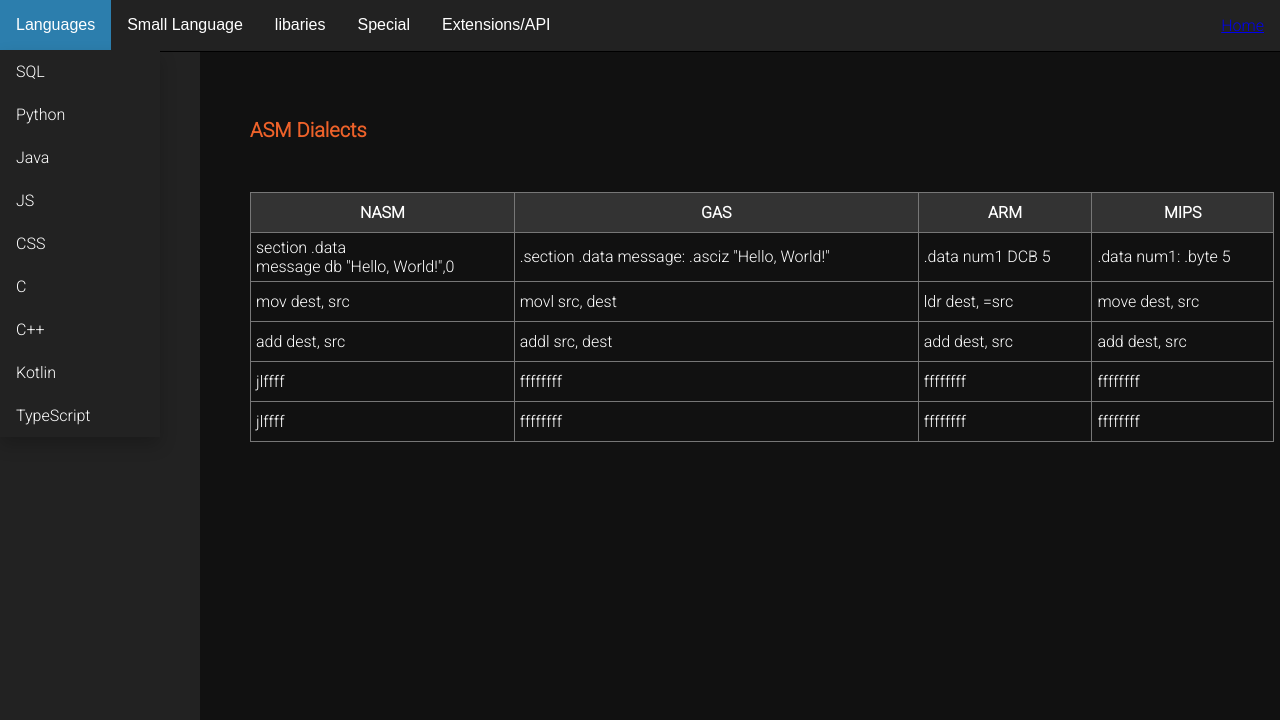
Repository: Max-Rohrhirsch/Max-Rohrhirsch.github.io
Page: documentation/special/OS/asm_dif.html
The author's editor kept a copy of each file at every save. The page is drawn from the files as they stood at one save, then again after the next save.
The browser window is 1280 px wide. The pictures show the whole page.

Above is the page before, as saved 2023-10-29 17:53:31.

### documentation/special/OS/asm_dif.html
<head>
    <link rel="preconnect" href="https://fonts.googleapis.com">
    <link rel="preconnect" href="https://fonts.gstatic.com" crossorigin>
    <link href="https://fonts.googleapis.com/css2?family=Roboto:wght@300&display=swap" rel="stylesheet">
    <link rel="stylesheet" href="https://cdnjs.cloudflare.com/ajax/libs/font-awesome/4.7.0/css/font-awesome.min.css">

    <link rel="icon" type="image/x-icon" href="..../Bilder/favicon.ico">

    <link href="/home/max/Schreibtisch/Finished/Portfolio/documentation/prism.css" rel="stylesheet" />

    <link rel="stylesheet" href="/home/max/Schreibtisch/Finished/Portfolio/documentation/docStyle.css">
</head>

<script src="/jquery.js"></script>
<div id="includeHeader"></div>
<!-- ------ SIDE NAVIGATION BAR ----- -->
<div class="sidenav">
    <a href="/documentation/special/OS/OS.html">OS</a>
    <a href="/documentation/special/OS/ASM.html">ASM</a>
</div>

<div class="main">
<h2>ASM Dialects</h2>
<table>
<tr>
    <th>NASM</th>
    <th>GAS</th>
    <th>ARM</th>
    <th>MIPS</th>
</tr>
<tr>
    <td>
section .data<br>
message db "Hello, World!",0
    </td>
    <td>
.section .data
message:
    .asciz "Hello, World!"
    </td>
    <td>
.data
    num1  DCB 5
    </td>
    <td>
.data
    num1:   .byte 5
    </td>
</tr>
<tr>
    <td>mov dest, src</td>
    <td>movl src, dest</td>
    <td>ldr dest, =src</td>
    <td>move dest, src</td>
</tr>
<tr>
    <td>add dest, src</td>
    <td>addl src, dest</td>
    <td>add dest, src</td>
    <td>add dest, src</td>
</tr>
<tr>
    <td>jlffff</td>
    <td>ffffffff</td>
    <td>ffffffff</td>
    <td>ffffffff</td>
</tr>
<tr>
    <td>jlffff</td>
    <td>ffffffff</td>
    <td>ffffffff</td>
    <td>ffffffff</td>
</tr>
</table>
</div>
<div id="includeFooter"></div>

### documentation/prism.css
/* PrismJS 1.29.0
https://prismjs.com/download.html#themes=prism-okaidia&languages=markup+css+clike+javascript+arduino+armasm+bash+brainfuck+c+cpp+cilkc+cilkcpp+go+java+latex+lua+python+rust+sql&plugins=line-numbers+show-language+toolbar+copy-to-clipboard+download-button */
code[class*=language-],pre[class*=language-]{color:#f8f8f2;background:0 0;text-shadow:0 1px rgba(0,0,0,.3);font-family:Consolas,Monaco,'Andale Mono','Ubuntu Mono',monospace;font-size:1em;text-align:left;white-space:pre;word-spacing:normal;word-break:normal;word-wrap:normal;line-height:1.5;-moz-tab-size:4;-o-tab-size:4;tab-size:4;-webkit-hyphens:none;-moz-hyphens:none;-ms-hyphens:none;hyphens:none}pre[class*=language-]{padding:1em;margin:.5em 0;overflow:auto;border-radius:.3em}:not(pre)>code[class*=language-],pre[class*=language-]{background:#272822}:not(pre)>code[class*=language-]{padding:.1em;border-radius:.3em;white-space:normal}.token.cdata,.token.comment,.token.doctype,.token.prolog{color:#8292a2}.token.punctuation{color:#f8f8f2}.token.namespace{opacity:.7}.token.constant,.token.deleted,.token.property,.token.symbol,.token.tag{color:#f92672}.token.boolean,.token.number{color:#ae81ff}.token.attr-name,.token.builtin,.token.char,.token.inserted,.token.selector,.token.string{color:#a6e22e}.language-css .token.string,.style .token.string,.token.entity,.token.operator,.token.url,.token.variable{color:#f8f8f2}.token.atrule,.token.attr-value,.token.class-name,.token.function{color:#e6db74}.token.keyword{color:#66d9ef}.token.important,.token.regex{color:#fd971f}.token.bold,.token.important{font-weight:700}.token.italic{font-style:italic}.token.entity{cursor:help}
pre[class*=language-].line-numbers{position:relative;padding-left:3.8em;counter-reset:linenumber}pre[class*=language-].line-numbers>code{position:relative;white-space:inherit}.line-numbers .line-numbers-rows{position:absolute;pointer-events:none;top:0;font-size:100%;left:-3.8em;width:3em;letter-spacing:-1px;border-right:1px solid #999;-webkit-user-select:none;-moz-user-select:none;-ms-user-select:none;user-select:none}.line-numbers-rows>span{display:block;counter-increment:linenumber}.line-numbers-rows>span:before{content:counter(linenumber);color:#999;display:block;padding-right:.8em;text-align:right}
div.code-toolbar{position:relative}div.code-toolbar>.toolbar{position:absolute;z-index:10;top:.3em;right:.2em;transition:opacity .3s ease-in-out;opacity:0}div.code-toolbar:hover>.toolbar{opacity:1}div.code-toolbar:focus-within>.toolbar{opacity:1}div.code-toolbar>.toolbar>.toolbar-item{display:inline-block}div.code-toolbar>.toolbar>.toolbar-item>a{cursor:pointer}div.code-toolbar>.toolbar>.toolbar-item>button{background:0 0;border:0;color:inherit;font:inherit;line-height:normal;overflow:visible;padding:0;-webkit-user-select:none;-moz-user-select:none;-ms-user-select:none}div.code-toolbar>.toolbar>.toolbar-item>a,div.code-toolbar>.toolbar>.toolbar-item>button,div.code-toolbar>.toolbar>.toolbar-item>span{color:#bbb;font-size:.8em;padding:0 .5em;background:#f5f2f0;background:rgba(224,224,224,.2);box-shadow:0 2px 0 0 rgba(0,0,0,.2);border-radius:.5em}div.code-toolbar>.toolbar>.toolbar-item>a:focus,div.code-toolbar>.toolbar>.toolbar-item>a:hover,div.code-toolbar>.toolbar>.toolbar-item>button:focus,div.code-toolbar>.toolbar>.toolbar-item>button:hover,div.code-toolbar>.toolbar>.toolbar-item>span:focus,div.code-toolbar>.toolbar>.toolbar-item>span:hover{color:inherit;text-decoration:none}

### documentation/docStyle.css
:root {
    --main-special-color: #ee622a;
    --main-bg-color: #111;
    transition: 3s;
    scroll-behavior: smooth;
}

body {
    background-color: var(--main-bg-color);
    color: white;
    font-family: 'Roboto', sans-serif;
    margin: 0;
    min-height: max-content;
}


/* ----------------------------- MAIN STUFF --------------------------------------- */
red { color: red }
orange { color: orange }
green { color: green }

.nav1 {
    position: fixed;
    background-color: #222;
    border-bottom: 1px solid black;
    width: 100%;

    z-index: 2;
}

/* ---- DROPDOWN ---- */

.dropbtn {
    background-color: #222;
    color: white;

    padding: 16px;
    font-size: 16px;
    border: none;
    cursor: pointer;
  }

  .dropdown {
    position: relative;
    display: inline-block;
  }

  .dropdown-content {
    display: none;
    position: absolute;
    right: 0;

    background-color: #222;
    min-width: 160px;
    box-shadow: 0px 8px 16px 0px rgba(0,0,0,0.2);
  }

  .dropdown-content a {
    color: White;
    padding: 12px 16px;
    text-decoration: none;
    display: block;
  }

  .dropdown-content a:hover { background-color: #333 }
  .dropdown:hover .dropdown-content { display: block }
  .dropdown:hover .dropbtn { background-color: #2c7ead }


/* ------------ Site Navigation ----------- */

.sidenav {
    height: 100%;
    width: 200px;

    position: fixed;
    top: 51px;
    left: 0;

    background-color: #222;
    overflow-x: hidden;
    z-index: 1;
  }

  .sidenav a, .dropdown-btn {
    padding: 6px 8px 6px 16px;

    text-decoration: none;
    font-size: 20px;
    color: white;

    display: block;
    border: none;
    background: none;

    width: 100%;
    text-align: left;
    cursor: pointer;
    outline: none;
  }

  .sidenav a:hover, .dropdown-btn:hover { background-color: #2c7ead }

  .active {
    background-color: green;
    color: white;
  }

  .dropdown-container {
    display: none;
    background-color: #333;
  }

  .fa-caret-down {
    float: right;
    padding-right: 8px;
  }

  @media screen and (max-height: 450px) {
    .sidenav { padding-top: 15px }
    .sidenav a { font-size: 18px }
  }


/* ------------ Main ----------- */
.main {
    display: block;
    position:absolute;
    top: 51px;
    left: 200px;

    padding: 50px;
    font-size: 18px;

    min-height: 100%;
    width: 80vw;
}

.main h2 {
    font-size: 20px;
    color: #ee622a;
}

.main a {
    color: rgb(44, 172, 65);
    margin-bottom: 20px;
    display: block;
}

img {
    display: block;
    margin-top: 20px;
}
img:hover {
    cursor: pointer;
}



/* ------------ CODE ----------- */

out {
    display: block;
    width: calc(100% - 40px);
    background-color: #333;

    padding: 20px;
    margin-top: 15px;
    border-radius: 10px;
}

.wrapper {
    display: grid;
    font-size: 18px;
    grid-template-columns: repeat(3, 1fr);
    gap: 10px;
}

.wrapper pre {
    height: calc(100% - 50px);
}

.half {
    display: grid;
    grid-template-columns: repeat(2, 1fr);
    gap: 10px;
}
.half pre {
    height: calc(100% - 50px);
}

/* ------------ Table ----------- */

table {
    width: calc(100% );
    border: 1px solid #777;
    margin-top: 50px;
    border-collapse:collapse;
}

th {
    border: 1px solid #777;
    background-color: #333;
    padding: 10px;

}

td {
    border: 1px solid #777;
    padding: 5px;
    height: 40px;
}


/* ------------ Buttons ----------- */

.pre, .next {
    display: inline-block;
    margin-top: 10px;
}
.pre:hover, .next:hover { cursor: pointer }

.pre { float: left }
.next { float: right }





/* ------------ Image ----------- */
.modal {
    z-index:2;
    display:none;
    padding-top:10px;
    position:fixed;
    left:0;
    top:0;
    width:100%;
    height:100%;
    overflow:auto;
    background-color:rgb(0,0,0);
    background-color:rgba(0,0,0,0.8)
}

.modal-content {
    margin: auto;
    display: block;
    position: absolute;
    top: 50%;
    left: 50%;
    transform: translate(-50%, -50%);
}


.modal-hover-opacity {
    opacity:1;
    filter:alpha(opacity=100);
}

.modal-hover-opacity:hover {
    opacity:0.60;
    filter:alpha(opacity=60);
}


.close {
    text-decoration:none;

    position: fixed;
    right:20px;
    top: 20px;

    font-size:24px;
    font-weight:bold;
    color:white;
    cursor: pointer;
}

img {
    width: 500px;
    display: block;
}

.modal-content, #caption {
    -webkit-animation-name: zoom;
    -webkit-animation-duration: 0.6s;
    animation-name: zoom;
    animation-duration: 0.6s;
}

@keyframes zoom {
    from {transform:scale(0)}
    to {transform:scale(1)}
}

@media only screen and (max-width: 1300px) {
    .wrapper {
        grid-template-columns: repeat(2, 1fr);
    }
    .half {
        grid-template-columns: repeat(1, 1fr);
    }

}
@media only screen and (max-width: 1000px) {
    .wrapper {
        grid-template-columns: repeat(1, 1fr);
    }
}

### header.html
<html>
    <head>
        <title>Documentation</title>

        <meta name="viewport" content="width=device-width, initial-scale=1">
        <meta name="description" lang="en" content="Documentation of many things I learned">
        <meta name="keywords" content="HTML, CSS, JavaScript, Coding, max">
        <meta name="author" content="Rohrhirsch Max">

        <link rel="preconnect" href="https://fonts.googleapis.com">
        <link rel="preconnect" href="https://fonts.gstatic.com" crossorigin>
        <link href="https://fonts.googleapis.com/css2?family=Roboto:wght@300&display=swap" rel="stylesheet">
        <link rel="stylesheet" href="https://cdnjs.cloudflare.com/ajax/libs/font-awesome/4.7.0/css/font-awesome.min.css">

        <link rel="icon" type="image/x-icon" href="/Bilder/favicon.ico">

        <link href="/documentation/prism.css" rel="stylesheet" />

        <link rel="stylesheet" href="/documentation/docStyle.css">
        <link rel="icon" type="image/x-icon" href="/Bilder/favicon.ico">
    </head>
    <body>
        <!-- ------ TOP NAVIGATION BAR ----- -->
        <nav class="nav1">
            <div class="dropdown" style="float:left;">
                <button class="dropbtn">Languages</button>
                <div class="dropdown-content" style="left:0;">
                    <a href="/documentation/languages/sql/sql.html">SQL</a>
                    <a href="/documentation/languages/python/python.html">Python</a>
                    <a href="/documentation/languages/java/java.html">Java</a>
                    <a href="/documentation/languages/js.html">JS</a>
                    <a href="/documentation/languages/css.html">CSS</a>
                    <a href="/documentation/languages/c.html">C</a>
                    <a href="/documentation/languages/cpp.html">C++</a>
                    <a href="/documentation/languages/Kotlin.html">Kotlin</a>
                    <a href="/documentation/languages/typescript.html">TypeScript</a>
                </div>
            </div>
            <div class="dropdown" style="float:left;">
                <button class="dropbtn">Small Language</button>
                <div class="dropdown-content" style="left:0;">
                    <a href="/documentation/small/bash.html">Bash</a>
                    <a href="/documentation/small/rust.html">Rust</a>
                    <a href="/documentation/small/go.html">GO</a>
                    <a href="/documentation/small/csharp.html">C#</a>
                    <a href="/documentation/small/brainfuck.html">BrainFuck</a>
                </div>
            </div>
            <div class="dropdown" style="float:left;">
                <button class="dropbtn">libaries</button>
                <div class="dropdown-content" style="left:0;">
                    <a href="/documentation/libaries/socket.html">Socket</a>
                    <a href="/documentation/libaries/tenserflow.html">Tenserflow</a>
                    <a href="/documentation/libaries/regex.html">Regex</a>
                    <a href="/documentation/libaries/angular.html">Angular</a>
                    <a href="/documentation/libaries/Git.html">Git</a>
                </div>
            </div>
            <div class="dropdown" style="float:left;">
                <button class="dropbtn">Special</button>
                <div class="dropdown-content" style="left:0;">
                    <a href="/documentation/special/computer.html">Computer</a>
                    <a href="/documentation/special/linux.html">Linux</a>
                    <a href="/documentation/special/arduino.html">Arduino</a>
                    <a href="/documentation/special/game.html">Game Maker</a>
                    <a href="/documentation/special/unity.html">Unity</a>
                    <a href="/documentation/special/OS/OS.html">OS</a>
                    <a href="/documentation/special/hacking.html">Hacking</a>
                </div>
            </div>
            <div class="dropdown" style="float:left;">
                <button class="dropbtn">Extensions/API</button>
                <div class="dropdown-content" style="left:0;">
                    <a href="/documentation/extension/chrome.html">Chrome Extension</a>
                    <a href="/documentation/extension/discord.html">Discord Bot</a>
                    <a href="/documentation/extension/computercraft.html">Computercraft</a>
                    <a href="/documentation/extension/LaTeX.html">LaTeX</a>
                </div>
            </div>
            <div class="dropdown dropbtn" style="float:right;">
                <a href="https://max-rohrhirsch.github.io/documentation/documentation.html">Home</a>
            </div>
        </nav>

        <!-- ------ SIDE NAVIGATION BAR ----- -->

### footer.html

<a class="pre">Previous</a>
<a class="next">Next</a>
</div>

<div id="modal01" class="modal" onclick="this.style.display='none'">
<span class="close">X</span>
<div class="modal-content">
  <img id="img01" style="max-width:100%">
</div>
</div>


<!-- ------ SCRIPT FOR DROPDOWN ----- -->
<script>
var dropdown = document.getElementsByClassName("dropdown-btn");
var i;

for (i = 0; i < dropdown.length; i++) {
  dropdown[i].addEventListener("click", function() {
    this.classList.toggle("active");
    var dropdownContent = this.nextElementSibling;
    if (dropdownContent.style.display === "block") {
      dropdownContent.style.display = "none";
    } else {
      dropdownContent.style.display = "block";
    }
  });
}
</script>
<script src="/documentation/prism.js"></script>
<script>
function onClick(element) {
    document.getElementById("img01").src = element.src;
    document.getElementById("modal01").style.display = "block";
}
</script>
</body>
</html>

Loaded but not shown: jquery.js (library); documentation/prism.js (library)

After the next save:
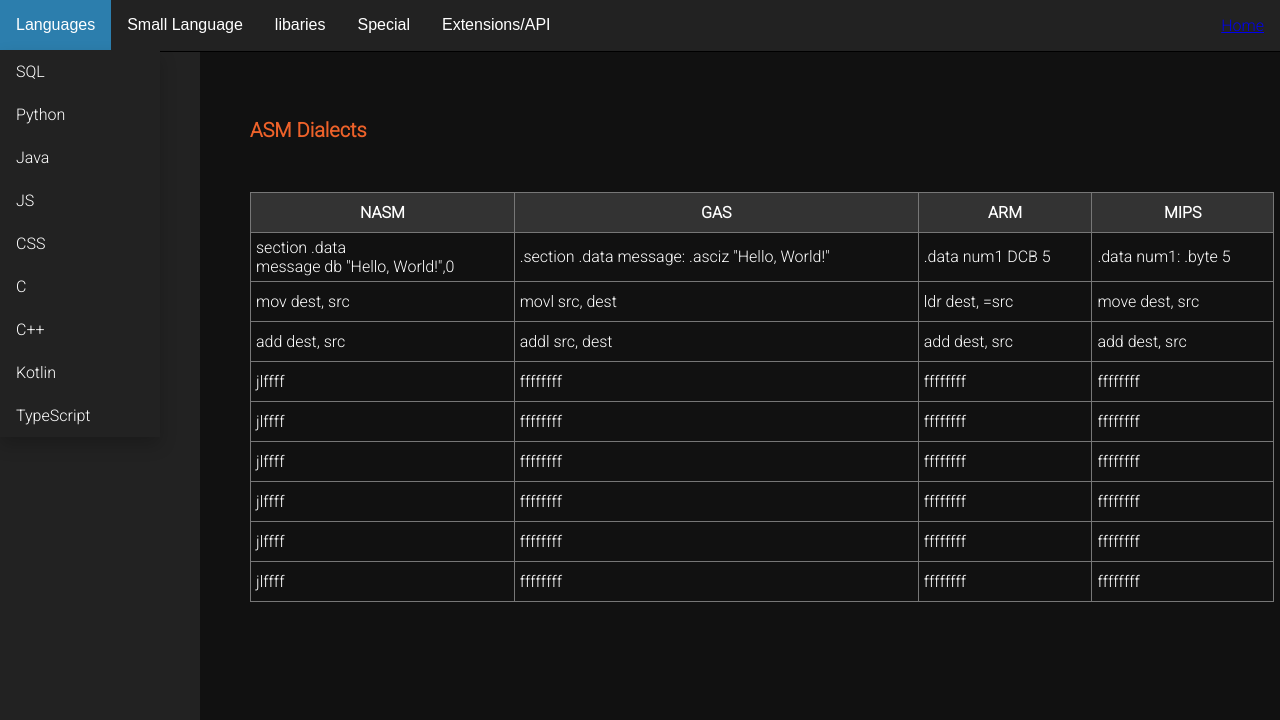
Saved 11 s later.
--- a/documentation/special/OS/asm_dif.html
+++ b/documentation/special/OS/asm_dif.html
@@ -71,6 +71,31 @@ message:
     <td>ffffffff</td>
     <td>ffffffff</td>
 </tr>
+<tr>
+    <td>jlffff</td>
+    <td>ffffffff</td>
+    <td>ffffffff</td>
+    <td>ffffffff</td>
+</tr>
+<tr>
+    <td>jlffff</td>
+    <td>ffffffff</td>
+    <td>ffffffff</td>
+    <td>ffffffff</td>
+</tr>
+<tr>
+    <td>jlffff</td>
+    <td>ffffffff</td>
+    <td>ffffffff</td>
+    <td>ffffffff</td>
+</tr>
+<tr>
+    <td>jlffff</td>
+    <td>ffffffff</td>
+    <td>ffffffff</td>
+    <td>ffffffff</td>
+</tr>
+
 </table>
 </div>
 <div id="includeFooter"></div>
